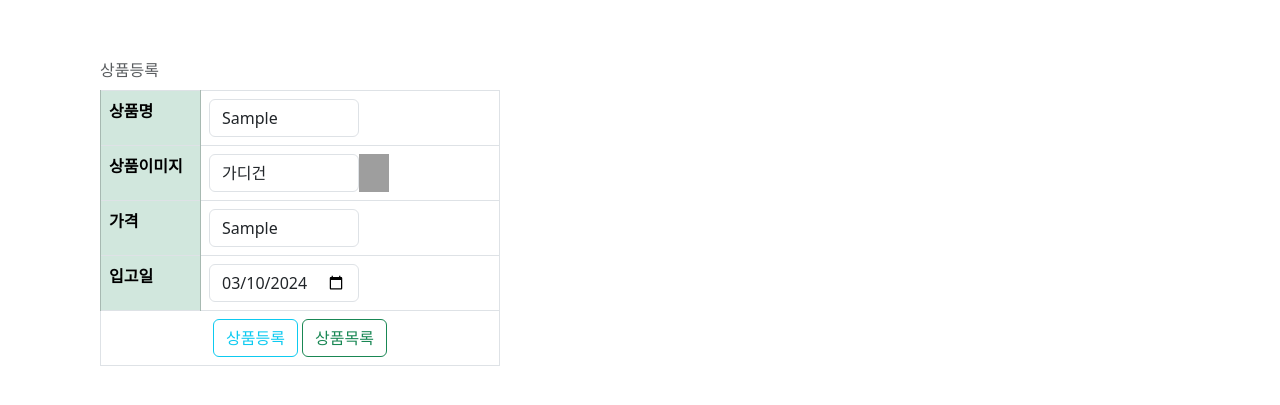
Repository: JunbroGit/SistProject
Page: http://localhost/jsaAjaxProject/quizshop/addForm.jsp
The author's editor kept a copy of each file at every save. The page is drawn from the files as they stood at one save, then again after the next save.
The browser window is 1280 px wide. The pictures show the whole page.
Empty fields were first filled with sample values (such as "Sample", 5 or name@example.com).
After loading, the first visible `#photo` was changed once.
Pictures or frames that could not be fetched are drawn as grey boxes. Some web fonts or font styles are not loaded; a fallback is used. The page is served by Tomcat 9.

Above is the page before, as saved 2024-03-12 06:36:53.

After the next save:
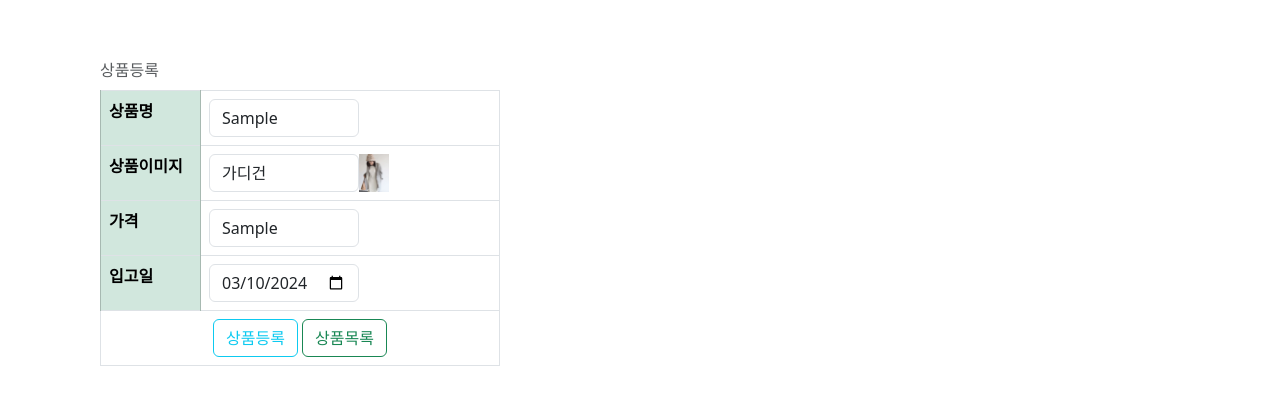
Saved 5 min 18 s later.
--- a/jspwork/jsaAjaxProject/src/main/webapp/quizshop/addForm.jsp
+++ b/jspwork/jsaAjaxProject/src/main/webapp/quizshop/addForm.jsp
@@ -14,7 +14,7 @@
 		//포토이미지 선택시 옆에 이미지 나오게
 		$("#photo").change(function(){
 
-			var s="../image/쇼핑몰이미지/"+$(this).val+".jpg";
+			var s="../image/쇼핑몰이미지/"+$(this).val()+".jpg";
 
 			$("#myphoto").attr("src",s);
 		})
